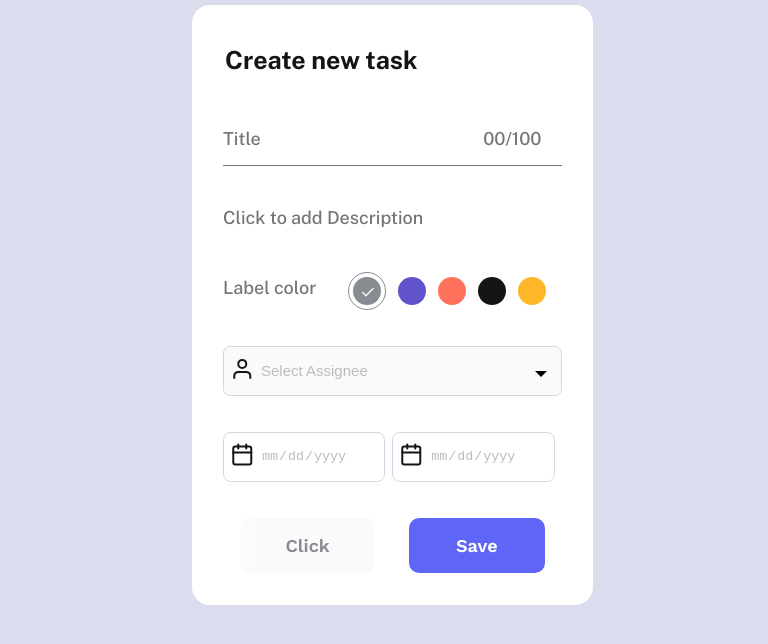
Repository: MorgunovaAlexandra/verstka-form
Page: index.html
An editor plug-in stored every save of this project. The page is shown before and after the next save, followed by the edit.
The browser window is 768 px wide. The pictures show the whole page.
The style sheet was rebuilt from its Sass, Less or Tailwind sources for each picture, by a compiler version that may differ from the author's.

Above is the page before, as saved 2022-06-24 17:21:40.

### index.html
<!DOCTYPE html>
<html lang="ru">
<head>
    <meta charset="UTF-8">
    <meta http-equiv="X-UA-Compatible" content="IE=edge">
    <meta name="viewport" content="width=device-width, initial-scale=1.0">
    <link rel="stylesheet" href="./css/style.css">
    <title>Document</title>
</head>
<body>
    <div class="wrapper">
       <form class="form">

           <div class="fieldset">
            <legend><b>Create new task</b></legend>
            <div class="form__container __container">
            <div class="text-field">
                <input class="text-field__input" type="text" name="firstname" id="firstname" value=""
                >
                <label class="text-field__label" for="username">Title</label>
                <label class="text-field__label2" for="username">00/100</label>
              </div>
              <div class="form-field__text">Click to add Description</div>
              <div class="form-fied__color field-color">
                  <div class="field-color__text">Label color</div>
                  <div class="field-color__color circle">
                      <div class="circle__border">
                          <div class="circle__color grey">
                              <img class="circle__img" src="./img/done.svg">
                          </div>
                      </div>
                      <div class="circle__color purple"></div>
                      <div class="circle__color red"></div>
                      <div class="circle__color black"></div>
                      <div class="circle__color yellow"></div>
                  </div>
              </div>
              <div class="form-field__select">
                  <div class="select__arrow">
                    <select name="select-category" id="" class="select">
                        <option value="1">Select Assignee</option>
                        <option value="2">Select Assignee</option>
                        <option value="3">Select Assignee</option>
                      </select>
                  </div>
              </div>
              <div class="form-field__date">
                  <div class="data-form">
                    <input class="input" type="date"></input>
                  </div>
                  <div class="data-form">
                    <input class="input" type="date"></input>
                  </div>
              </div>
              <div class="form-field__sibmit submit">
                  <input class="submit__click" type="submit" value="Click">
                  <input class="submit__click save-blue" type="submit" value="Save">
              </div>

              <!-- <div class="form-field__date">
                <div class="form-group">
                    <div class="input-group" id="datetimepicker2">
                      <input type="text" class="form-control" />

                    </div>
                  </div>
              </div> -->
              </div>
           </div>
        </form>
    </div>

    <script src="./script.js"></script>
</body>
</html>

### script.js
 document.getElementById ('firstname').onkeydown=keyDown

function keyDown(){
    let str=document.getElementById ('firstname').value;

    console.log(str.length)
    document.querySelector('.text-field__label2').innerHTML=`${str.length}/100`
}

### scss/style.scss
@import "variables";
@import "mixins";
@import url('https://fonts.googleapis.com/css2?family=Public+Sans:wght@500;700&display=swap');
@import url('https://fonts.googleapis.com/css2?family=Work+Sans:wght@600&display=swap');
body {
   background-color: $ColorBody;
   font-family:$fontFamily ;
   font-weight: $fontWaight;
   line-height: $lineHeight;
   font-size: $fontSize;
   color:$ColorGrey;
}
.__container{
    padding-left: 31px;
    padding-right: 31px;
}
.form{
    width: 495.55px;
    height: 613.21px;
    background-color: white;
    border-radius: 23px;
    box-sizing: border-box;
    position: fixed; top: 50%; left: 50%;
    -webkit-transform: translate(-50%, -50%);
    -ms-transform: translate(-50%, -50%);
    transform: translate(-50%, -50%);
}
legend{
    margin-top: 40px;
    margin-left: 31px;
    font-weight: 700;
    font-size: 25px;
    color:$ColorBlack;
}
.text-field{
    position: relative;
    display: flex;
    justify-content: center;
    margin-top: 46px;
    margin-bottom: 36px;

}
.text-field__input{
    width: 100%;
    height: 40px;
    border: none;
    border-bottom: 1px solid $ColorGrey ;
    padding-left: 60px;
    color:#566789;
    font-size: 18px;
 }

.text-field__input:focus + .text-field__label{
  top:-23px;
}
.text-field__label{
   position: absolute;
   left: 0px;


}
.text-field__label2{
    position: absolute;
    right: 20px;
}
.form-field__text{
    margin-bottom: 38px;
}
.form-fied__color{
    display: flex;
    justify-content: flex-start;
    margin-bottom: 36px;
}
.field-color__text{
margin-right: 32px;
}
.field-color__color{
    display: flex;
   align-items: center;
}

.circle__border{
    position: relative;
    width: 36px;
    height: 36px;
    border-radius: 50%;
    border: 1px solid #878C93;
}
.grey{
    position: absolute;
    width: 28px;
    height: 28px;
    top:4px;
    left: 4px;
    border-color: #878C93;
    border-radius: 50%;
    z-index: 30;

    background-color:
    #878C93;
}
.circle__img{
    position: absolute;
    top:10px;
    left: 8px;
}
.circle__color{
    width: 28px;
    height: 28px;
    border-radius: 50%;
    margin-right:12px ;
}
.purple{
    background-color: #6153CC;
    margin-left: 12px;
}
.red{
    background-color:#FF715B;
}
.black{
    background-color:$ColorBlack;
}
.yellow{
    background-color:#FFB627;
    margin-right:0px ;
}
.select{
    appearance: none;
    border: 1px solid #566789;
    opacity: 26%;
    width: 100%;
    height: 50px;
    border-radius: 7px;
    cursor: pointer;
    padding-left: 37px;
    padding-top: 15px;
    padding-bottom: 16px;
    padding-right: 35px;
    font-size: 15px;

}
.select__arrow{
    position: relative;
}
.select__arrow::after{
content: "";
position: absolute;
top:50%;
right: 15px;
transform: translateY(-50%);
display: block;
width: 12px;
height: 6px;

pointer-events: none;

width: 0;
height: 0;
border-style: solid;
border-width: 6px 6px 0 6px;
border-color: #000000 transparent transparent transparent;
border-style: inset;
-webkit-transform:rotate(360deg);


}
.select__arrow::before{
content: "";
position: absolute;
top:20%;
left: 7px;
background: no-repeat url("../img/user.svg");
width: 34px;
height: 30px;
display: block;
z-index: 44;

}
.data-form{
    margin-top: 36px;
    margin-bottom: 36px;
    position: relative;
    width: 100%;
}
.form-field__date{
    display: flex;
    justify-content: space-between;

}
.data-form::before{
    content: "";
    position: absolute;
    top:20%;
    left: 7px;
    background: no-repeat url("../img/calendar.svg");
    width: 34px;
    height: 30px;
    display: block;
    z-index: 44;

}
.input{
    box-sizing: border-box;
    width: 96%;
    height: 50px;
    border: 1px solid #566789;
    opacity: 26%;
    border-radius: 7.86px;
    padding-left:37px ;
}

.input::-webkit-calendar-picker-indicator{
        display: none;
    }

.input[type="date"]::-webkit-input-placeholder{
        visibility: hidden !important;
    }



.submit__click{
   color:$colorBlackGray;
    opacity: 50%;
    font-weight: 600;
    font-size: 18px;
    font-family: 'Work Sans', sans-serif;
    background-color: #F5F7FB;
    }

.form-field__sibmit{
    display: flex;
    justify-content: space-around;
}
.submit__click{
    width: 40%;
    height: 55px;
    border-radius: 10px;
    border: none

}
.save-blue{
    background-color: #5F65F6;
    opacity: 100%;
    color:white;
}



/* media for 768*/
@media(max-width:768px){
    .form{
    border-radius: 18px;
    width: 400.55px;
    height: 600.21px;
    position: absolute;
    top:5px;
    left: 25%;
    -webkit-transform: none; /* Safari and Chrome */
       -moz-transform: none; /* Firefox */
        -ms-transform: none; /* IE 9 */
         -o-transform: none; /* Opera */
            transform: none;
    }
}

### scss/variables.scss
$bgColor: green;
$fontFamily:'Public Sans', sans-serif;
$fontWaight:500;
$fontSize:18px;
$lineHeight:31.86px;
$ColorBody:#DBDCEE;
$ColorBlack:#151515;
$ColorGrey:#757575;
$colorBlackGray: #151920

### scss/mixins.scss
@mixin vov($color) {
    font-size: 30px;
    background-color:$color ;
}

After the next save:
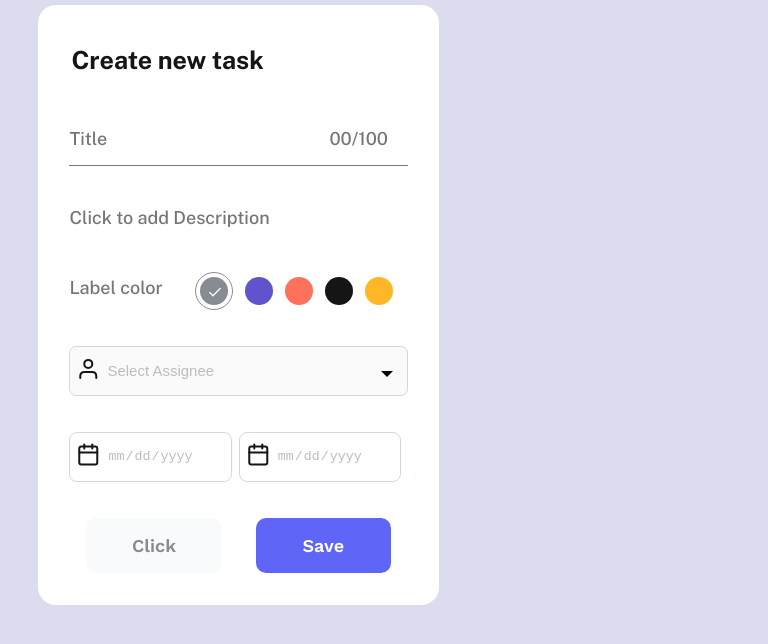
Saved 9 s later.
--- a/scss/style.scss
+++ b/scss/style.scss
@@ -255,7 +255,7 @@
     height: 600.21px;
     position: absolute;
     top:5px;
-    left: 25%;
+    left: 5%;
     -webkit-transform: none; /* Safari and Chrome */
        -moz-transform: none; /* Firefox */
         -ms-transform: none; /* IE 9 */

After the save that followed:
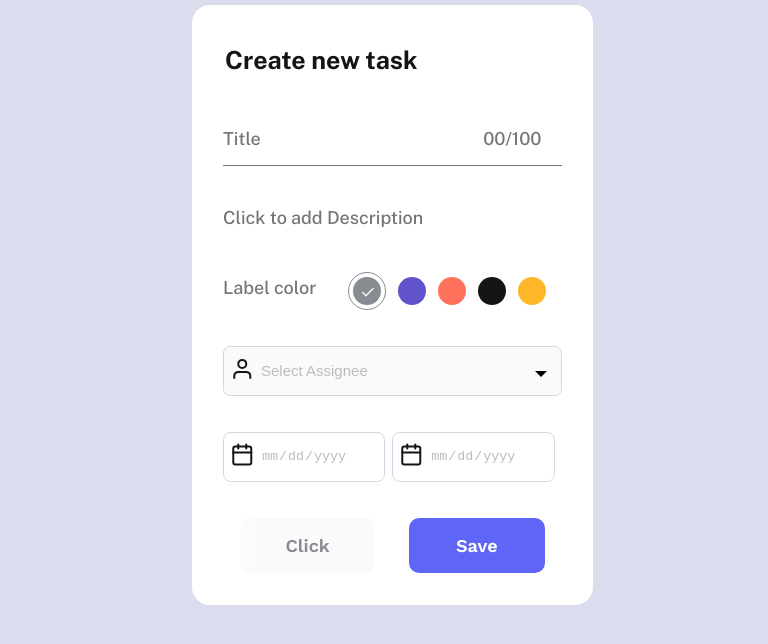
Saved 8 s later.
--- a/scss/style.scss
+++ b/scss/style.scss
@@ -255,7 +255,7 @@
     height: 600.21px;
     position: absolute;
     top:5px;
-    left: 5%;
+    left: 25%;
     -webkit-transform: none; /* Safari and Chrome */
        -moz-transform: none; /* Firefox */
         -ms-transform: none; /* IE 9 */
